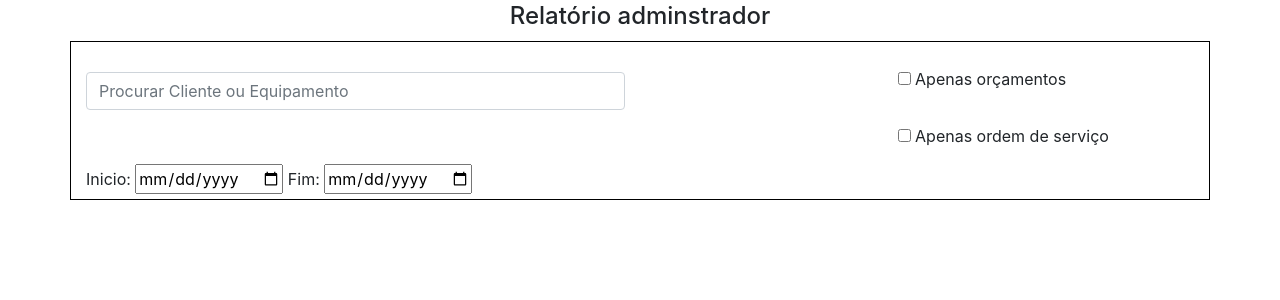
Repository: gabrielfeliphe/AssistenciaTecnica
Page: PI-AssistenciaTecnica/WebContent/pages/adm/funcao/relatorio_adm.html
An editor plug-in stored every save of this project. The page is shown before and after the next save, followed by the edit.
The browser window is 1280 px wide. The pictures show the whole page.
Some web libraries are served in a nearby version.

Above is the page before, as saved 2021-10-21 22:21:07.
Console error: TypeError: Cannot read properties of undefined (reading 'fn')

### PI-AssistenciaTecnica/WebContent/pages/adm/funcao/relatorio_adm.html
<!DOCTYPE html>
<html>
<head>
<meta charset="UTF-8">
<title>Relatorio Administrador</title>

<link rel="stylesheet" href="https://stackpath.bootstrapcdn.com/bootstrap/4.1.3/css/bootstrap.min.css" integrity="sha384-MCw98/SFnGE8fJT3GXwEOngsV7Zt27NXFoaoApmYm81iuXoPkFOJwJ8ERdknLPMO" crossorigin="anonymous">
<script src="https://stackpath.bootstrapcdn.com/bootstrap/4.1.3/js/bootstrap.min.js" integrity="sha384-ChfqqxuZUCnJSK3+MXmPNIyE6ZbWh2IMqE241rYiqJxyMiZ6OW/JmZQ5stwEULTy" crossorigin="anonymous"></script>
<link rel="stylesheet" href="https://cdn.jsdelivr.net/npm/bootstrap-icons@1.3.0/font/bootstrap-icons.css" />

<link rel= "stylesheet" type = "text/css" href="../../../css/general.css">

</head>
<body>
	<div class= "container">
		<h4>Relatório adminstrador</h4>
		<div class = "row" id="box">
			<div class="col-sm">
			 	 <input type="text" class="form-control"  placeholder="Procurar Cliente ou Equipamento"></br>
			 	 <label>Inicio:</label>
			 	  <input type="date" id="diaa" name="diaa">
			 	  <label>Fim:</label>
			 	  <input type="date" id="diab" name="diab">

			</div>
			<div class="col-sm">
			<input type="checkbox" id="orcamento" name="orcamento" value="1">
			<label for="vehicle1"> Apenas orçamentos</label><br>
			<input type="checkbox" id="ordemservico" name="ordemservico" value="2">
			<label for="vehicle2"> Apenas ordem de serviço</label><br>
			</div>
		</div>
	</div>

<div id= "lista-completa" class = "lista-tabela">
</div>


<div id= "lista-valor" class = "lista-tabela">
</div>


</body>
</html>

### PI-AssistenciaTecnica/WebContent/css/general.css
#box{
	border:solid 1px black;
	margin-top: 10px;
}

#box input{
	margin-top: 30px;
}


input[type=checkbox]{
	margin-left:45%;
}

button{
	height: 30px;
	width: 100px;
	margin: 20px;
}

.botoes{
	margin-top: 5%;
	text-align: center;
	display:block;
}


.btn1{
	 float: left;

}

.btn2{
	  float: right;

}

h4{
	margin-top: 2px;
	text-align: center;
}

.exibeInformacoes{
	cursor: pointer;
}

.exibeInformacoes:hover{
	color: #7FFFD4;
}

#procurarClienteAlmoxarife{
	margin-left: 30px;
	margin-bottom: 30px;
}

#lista-orcamento table{
	margin-top:2%;
	width:90%;
	margin-left: auto;
	margin-right: auto;
}

#modalAviso, .modalEditar{
	display: none;
}

### PI-AssistenciaTecnica/WebContent/css/admin.css
@charset "UTF-8";

#box {
	border: solid 1px black;
	padding: 20px;
}

h4 {
	text-align: center;
}

.form-group {
	padding-top: 5%;
}

.container {
	box-shadow: 0 5px 8px 0 rgba(0, 0, 0, 0.2), 0 9px 26px 0
		rgba(0, 0, 0, 0.19);
	width: 75%;
	padding: 2%;
}

label {
	margin-top: 10px;
	margin-bottom: 10px;
}

button {
	height: 30px;
	width: 100px;
	margin: 20px;
}

.botoes {
	margin-top: 5%;
	text-align: center;
	display: block;
}

.btn1 button {
	margin-left: 500px;
}

.btn2 {
	float: right;
}

select {
	width: 100%;
	height: 40px;
}

#lista-funcionarios table {
	margin-left: auto;
	margin-right: auto;
}

#lista-funcionarios {
	margin: 0 auto;
	margin-top: 50px;
	width: 40%;
}

#lista-funcionarios table img {
	padding: 0 4px;
	width: 30px;
	height: 20px;
	cursor: pointer;
}

#modalAviso, .modalEditar{
	display: none;
}

After the next save:
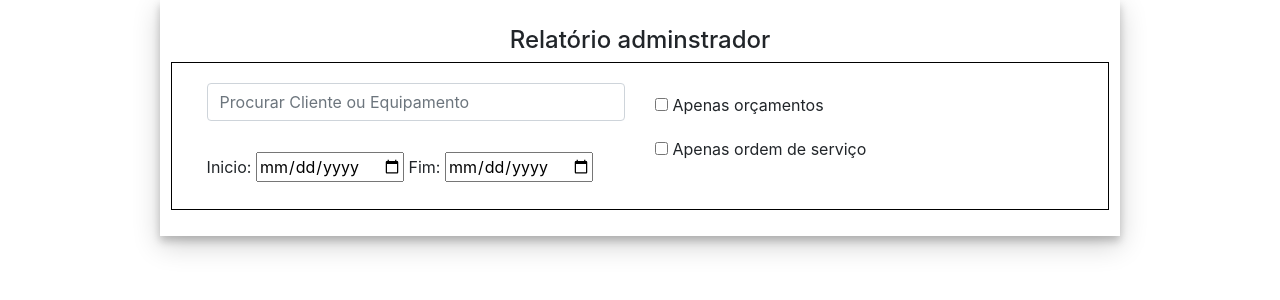
Saved 46 s later.
--- a/PI-AssistenciaTecnica/WebContent/pages/adm/funcao/relatorio_adm.html
+++ b/PI-AssistenciaTecnica/WebContent/pages/adm/funcao/relatorio_adm.html
@@ -8,7 +8,7 @@
 <script src="https://stackpath.bootstrapcdn.com/bootstrap/4.1.3/js/bootstrap.min.js" integrity="sha384-ChfqqxuZUCnJSK3+MXmPNIyE6ZbWh2IMqE241rYiqJxyMiZ6OW/JmZQ5stwEULTy" crossorigin="anonymous"></script>
 <link rel="stylesheet" href="https://cdn.jsdelivr.net/npm/bootstrap-icons@1.3.0/font/bootstrap-icons.css" />
 
-<link rel= "stylesheet" type = "text/css" href="../../../css/general.css">
+<link rel= "stylesheet" type = "text/css" href="../../../css/admin.css">
 
 </head>
 <body>
